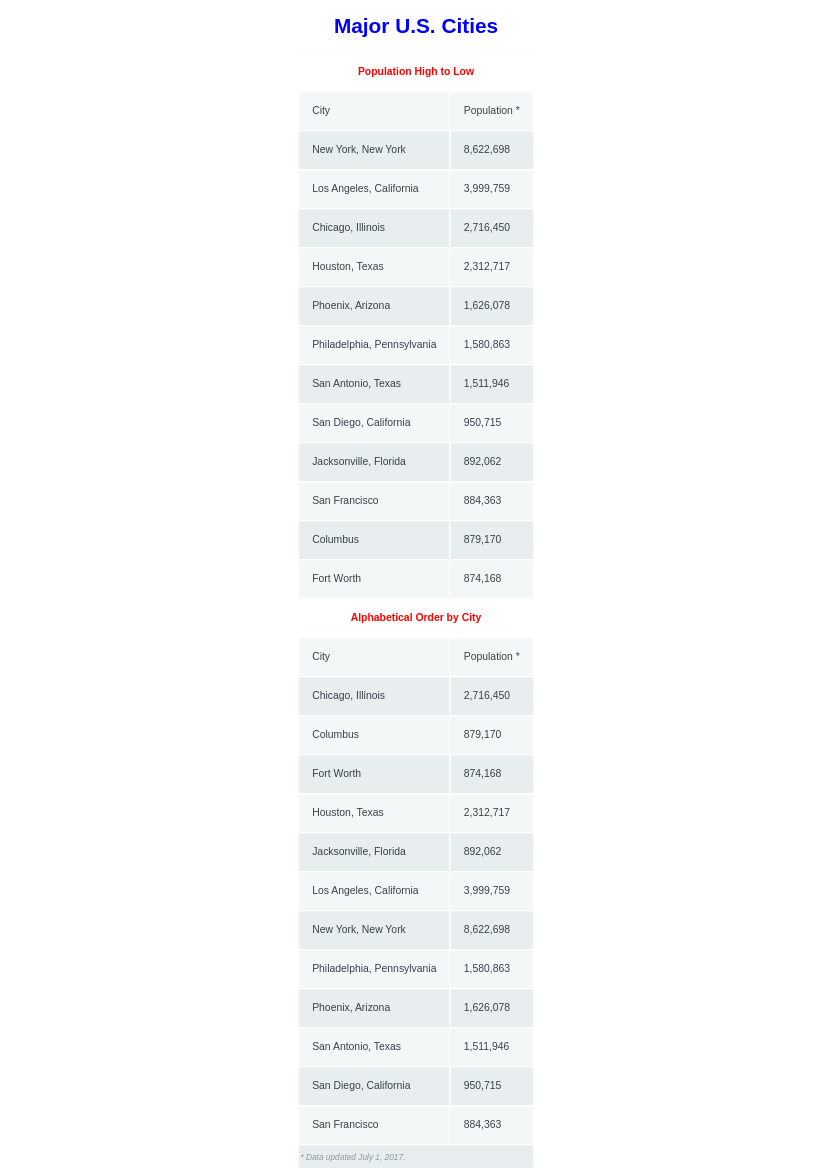
Repository: oduong1/COSW30
Page: http://localhost/homework/hw4/population_array.php
The author's editor kept a record of every edit. The page is drawn from the files as they stood at one moment, then again after the next edit.
The browser window is 1280 px wide. The pictures show the whole page, at 65% of full size.
Some web fonts or font styles are not loaded; a fallback is used. The page is run by PHP 8.4 with error messages shown; the project is at /var/www/html/.

Above is the page before.
Not found: homework/hw4/normalize.css

After the next edit:
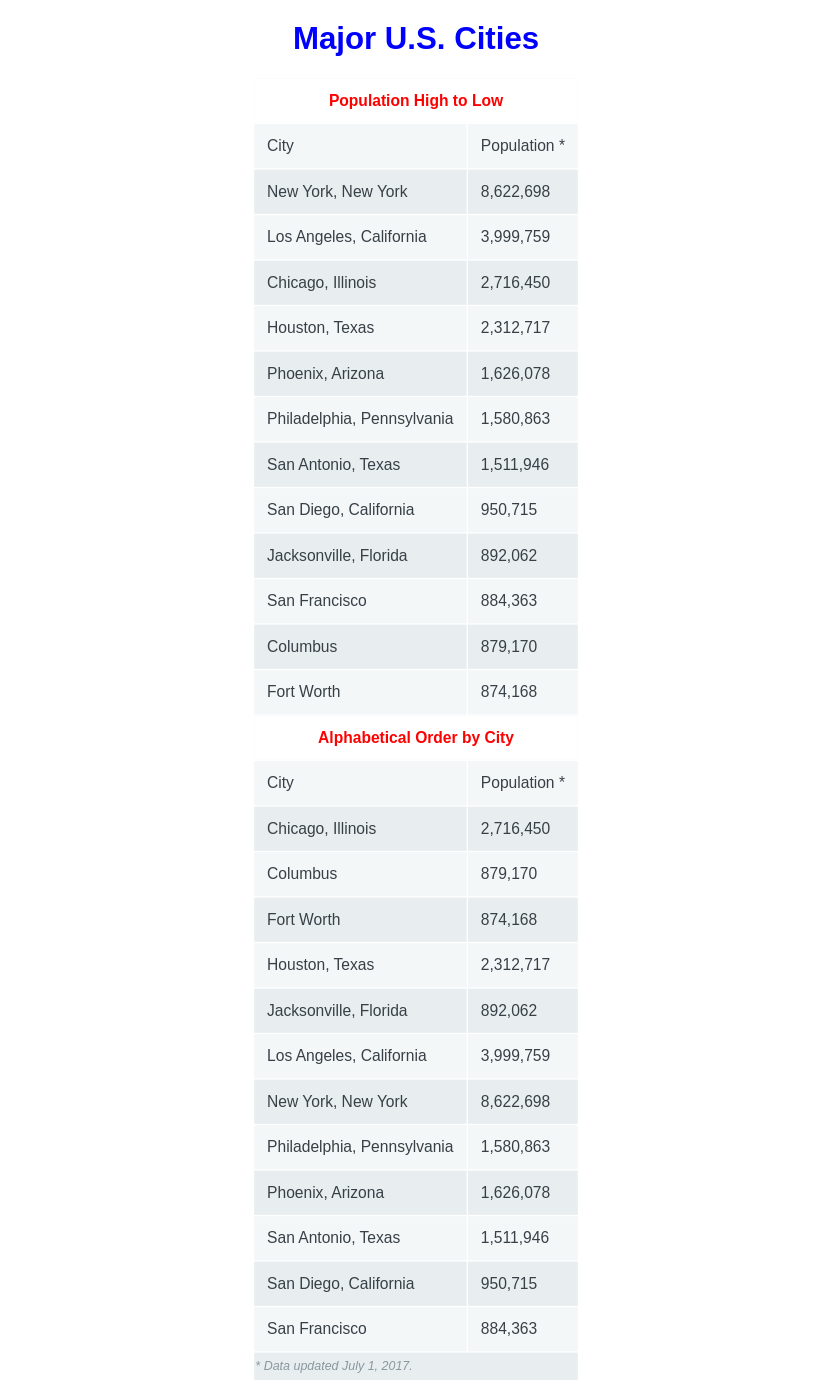
The edit:
--- a/homework/hw4/table.css
+++ b/homework/hw4/table.css
@@ -8,6 +8,7 @@
   font-family: 'Gayathri', sans-serif;
   color: #384047;
   text-align: center;
+  font-size: 1.5em;
 }
 
 table {
